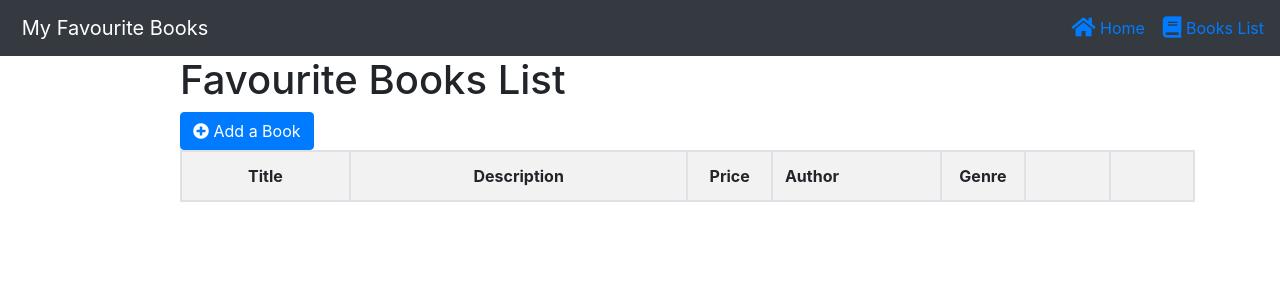
Repository: lord-NAVY/titans
Page: http://localhost/book-list
An editor plug-in stored every save of this project. The page is shown before and after the next save, followed by the edit.
The browser window is 1280 px wide. The pictures show the whole page.
The page is served by the project's Node server (server.js). Other server files are loaded and not shown. Queries for data that is not in the repository find no rows.

Above is the page before, as saved 2021-10-31 20:11:19.

### server/views/book/index.ejs
<%- include ../partials/header.ejs %>

<%- include ../partials/main_nav.ejs %>


  <!-- Main Content -->
  <main class="container">
    <div class="row">
        <div class="offset-md-1 col-md-11">
            <h1>Favourite Books List</h1>

            <!-- FIX THE ADD BUTTON BELOW -->
            <a href="/book-list/add" class="btn btn-primary" role="button">
            <i class="fas fa-plus-circle"></i> Add a Book</a>
            <br>
            <table class="table table-bordered table-striped table-hover">
                <!-- Header Row-->
                <tr class="d-flex">
                    <th class="text-center col-2">Title</th>
                    <th class="text-center col-4">Description</th>
                    <th class="text-center col-1">Price</th>
                    <th class="col-2">Author</th>
                    <th class="text-center col-1">Genre</th>
                    <th class="text-center col-1"></th>
                    <th class="text-center col-1"></th>
                </tr>

                <!-- Repeatable Template Row -->

                <% for(let count = 0; count < BookList.length; count++) { %>
                    <tr class="d-flex">
                        <td class="text-center col-2"><%= BookList[count].Title%></td>
                        <td class="text-center col-4"><%= BookList[count].Description %></td>
                        <td class="text-center col-1"><%= BookList[count].Price%></td>
                        <td class="col-2"><%= BookList[count].Author %></td>
                        <td class="text-center col-1"><%= BookList[count].Genre %></td>
                        <td class="text-center col-1">

                    <!-- ADD the EDIT BUTTON HERE -->


                            <a href="/book-list/edit/<%= BookList[count]._id %>" class="btn btn-primary btn-sm">
                            <i class="fas fa-pencil-alt"></i> Edit</a>
                        </td>
                        <td class="text-center col-1">

                         <!-- ADD the DELETE BUTTON HERE -->
                            <a href="/book-list/delete/<%= BookList[count]._id %>" class="btn btn-danger btn-sm">
                            <i class="fas fa-trash-alt"></i> Delete</a>
                        </td>
                    </tr>
                <% } %>
            </table>
        </div>
    </div>
  </main>

### server/views/partials/main_nav.ejs
<!-- Main Navigation -->
  <nav class="navbar navbar-expand-lg navbar-dark bg-dark">
      <a class="navbar-brand" href="/"><i class="fa fa-bookmark-o"></i> My Favourite Books</a>
    <button class="navbar-toggler" type="button" data-toggle="collapse" data-target="#navbarSupportedContent" aria-controls="navbarSupportedContent" aria-expanded="false" aria-label="Toggle navigation">
      <span class="navbar-toggler-icon"></span>
    </button>

    <div class="collapse navbar-collapse" id="navbarSupportedContent">
      <ul class="navbar-nav ml-auto">

           <% if(title == "Home") { %>
          <li class="active"><a href="/"><i class="fa fa-home fa-lg"></i> Home   &nbsp; &nbsp; </a></li>
        <% } else { %>
          <li><a href="/"><i class="fa fa-home fa-lg"></i> Home &nbsp; &nbsp;   </a></li>
        <% } %>

          <% if(title == "books") { %>
          <li class="active"><a href="/books"><i class="fa fa-book fa-lg">
          </i>    Books List</a></li>
          <% } else { %>
            <li><a href="/book-list"><i class="fa fa-book fa-lg">
            </i>   Books List</a></li>
          <% } %>
</ul>
    </div>
  </nav>

### server.js
#!/usr/bin/env node

/* server.js
Students's name: Arshpreet Singh
StudentID: 301174738
Date: 31 October, 2021
*/

/**
 * Module dependencies.
 */

var app = require('./server/config/app');
var debug = require('debug')('week-4:server');
var http = require('http');

/**
 * Get port from environment and store in Express.
 */

var port = normalizePort(process.env.PORT || '3000');
app.set('port', port);

/**
 * Create HTTP server.
 */

var server = http.createServer(app);

/**
 * Listen on provided port, on all network interfaces.
 */

server.listen(port);
server.on('error', onError);
server.on('listening', onListening);

/**
 * Normalize a port into a number, string, or false.
 */

function normalizePort(val) {
  var port = parseInt(val, 10);

  if (isNaN(port)) {
    // named pipe
    return val;
  }

  if (port >= 0) {
    // port number
    return port;
  }

  return false;
}

/**
 * Event listener for HTTP server "error" event.
 */

function onError(error) {
  if (error.syscall !== 'listen') {
    throw error;
  }

  var bind = typeof port === 'string'
    ? 'Pipe ' + port
    : 'Port ' + port;

  // handle specific listen errors with friendly messages
  switch (error.code) {
    case 'EACCES':
      console.error(bind + ' requires elevated privileges');
      process.exit(1);
      break;
    case 'EADDRINUSE':
      console.error(bind + ' is already in use');
      process.exit(1);
      break;
    default:
      throw error;
  }
}

/**
 * Event listener for HTTP server "listening" event.
 */

function onListening() {
  var addr = server.address();
  var bind = typeof addr === 'string'
    ? 'pipe ' + addr
    : 'port ' + addr.port;
  debug('Listening on ' + bind);
}

### server/controllers/book.js
/* book.js
Students's name: Arshpreet Singh
StudentID: 301174738
Date: 31 October, 2021
Web app name: COMP229-F2021-MidTerm-301174738
*/

let express = require('express');
let router = express.Router();
let mongoose = require('mongoose');

// create a reference to the model
let Book = require('../models/book');

module.exports.displayBookList = (req, res, next) => {
    Book.find((err, bookList) => {
        if(err)
        {
            return console.error(err);
        }
        else
        {
            //console.log(BookList);

            res.render('book/index', {title: 'Books', BookList: bookList});
        }
    });
}

module.exports.displayAddPage = (req, res, next) => {
    res.render('book/details', {title: 'Add Book'})
}

module.exports.processAddPage = (req, res, next) => {
    let newBook = Book({
        "Title": req.body.Title,
        "Author": req.body.Author,
        "Genre": req.body.Genre,
        "Description": req.body.Description,
        "Price": req.body.Price
    });

    Book.create(newBook, (err, Book) =>{
        if(err)
        {
            console.log(err);
            res.end(err);
        }
        else
        {
            // refresh the book list
            res.redirect('/book-list');
        }
    });

}

module.exports.displayEditPage = (req, res, next) => {
    let id = req.params.id;

    Book.findById(id, (err, bookToEdit) => {
        if(err)
        {
            console.log(err);
            res.end(err);
        }
        else
        {
            //show the edit view
            res.render('book/edit', {title: 'Edit Book', book: bookToEdit})
        }
    });
}

module.exports.processEditPage = (req, res, next) => {
    let id = req.params.id

    let updatedBook = Book({
        "_id": id,
        "Title": req.body.Title,
        "Author": req.body.Author,
        "Genre": req.body.Genre,
        "Description": req.body.Description,
        "Price": req.body.Price
    });

    Book.updateOne({_id: id}, updatedBook, (err) => {
        if(err)
        {
            console.log(err);
            res.end(err);
        }
        else
        {
            // refresh the book list
            res.redirect('/book-list');
        }
    });
}

module.exports.performDelete = (req, res, next) => {
    let id = req.params.id;

    Book.remove({_id: id}, (err) => {
        if(err)
        {
            console.log(err);
            res.end(err);
        }
        else
        {
             // refresh the book list
             res.redirect('/book-list');
        }
    });
}

### public/Content/app.css
/* app.css
Students's name: Arshpreet Singh
StudentID: 301174738
Date: 31 October, 2021
Web app name: COMP229-F2021-MidTerm-301174738
*/

/* custom css goes here */

Loaded but not shown: server/views/partials/header.ejs (common file)

After the next save:
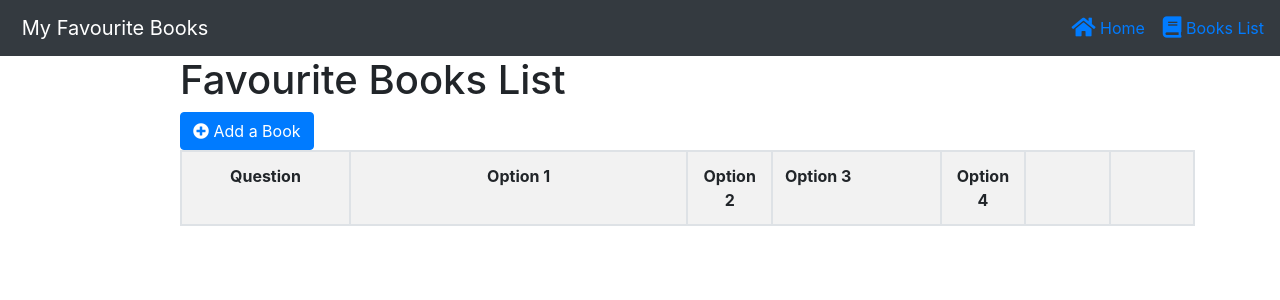
Saved 8 days later.
--- a/server/views/book/index.ejs
+++ b/server/views/book/index.ejs
@@ -16,11 +16,11 @@
             <table class="table table-bordered table-striped table-hover">
                 <!-- Header Row-->
                 <tr class="d-flex">
-                    <th class="text-center col-2">Title</th>
-                    <th class="text-center col-4">Description</th>
-                    <th class="text-center col-1">Price</th>
-                    <th class="col-2">Author</th>
-                    <th class="text-center col-1">Genre</th>
+                    <th class="text-center col-2">Question</th>
+                    <th class="text-center col-4">Option 1</th>
+                    <th class="text-center col-1">Option 2</th>
+                    <th class="col-2">Option 3</th>
+                    <th class="text-center col-1">Option 4</th>
                     <th class="text-center col-1"></th>
                     <th class="text-center col-1"></th>
                 </tr>
